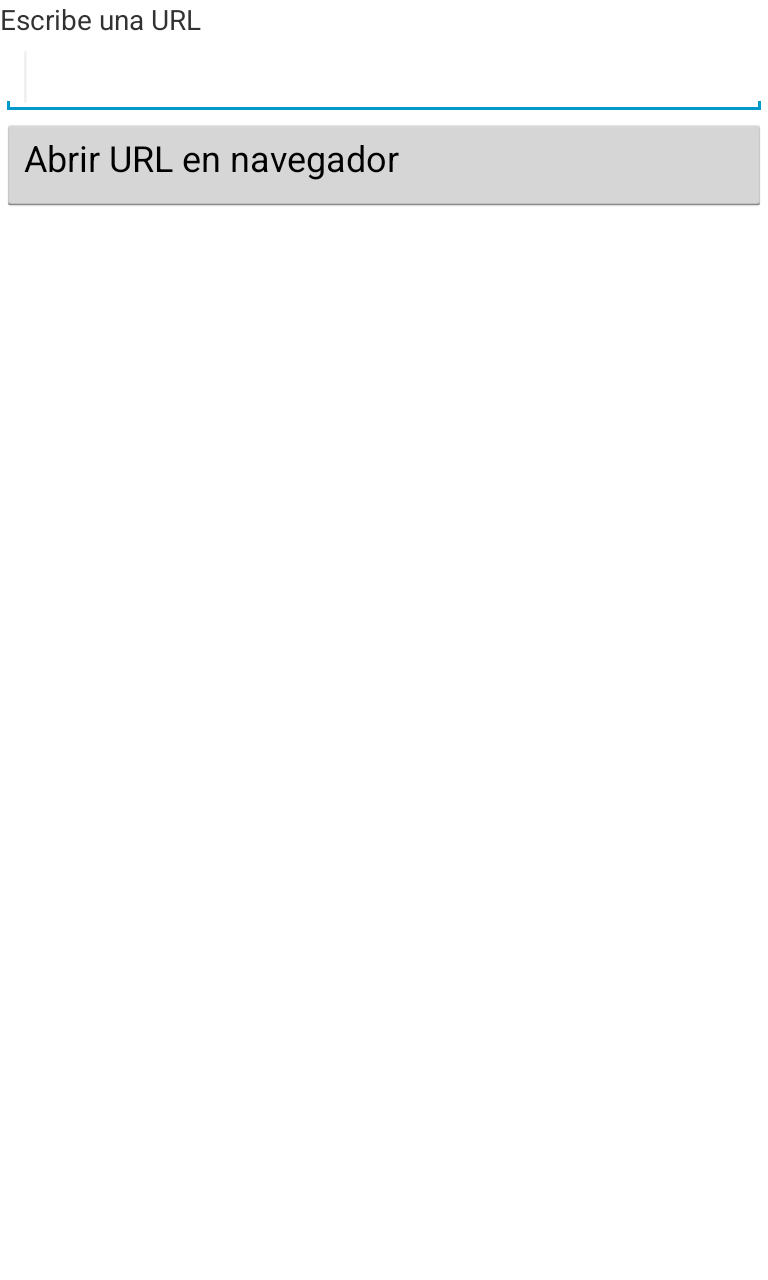
Repository: miguelcamposdev/cursoandroid
Layout: 01 Activities/MyCustomBrowser/res/layout/activity_prueba_url.xml
An editor plug-in stored every save of this project. The layout is shown before and after the next save, followed by the edit.
It is drawn on a 768 x 1280 px phone screen (xhdpi) without system bars, with theme AppTheme; the app's code is not run.

Above is the layout before, as saved 2014-11-12 16:06:16.

After the next save:
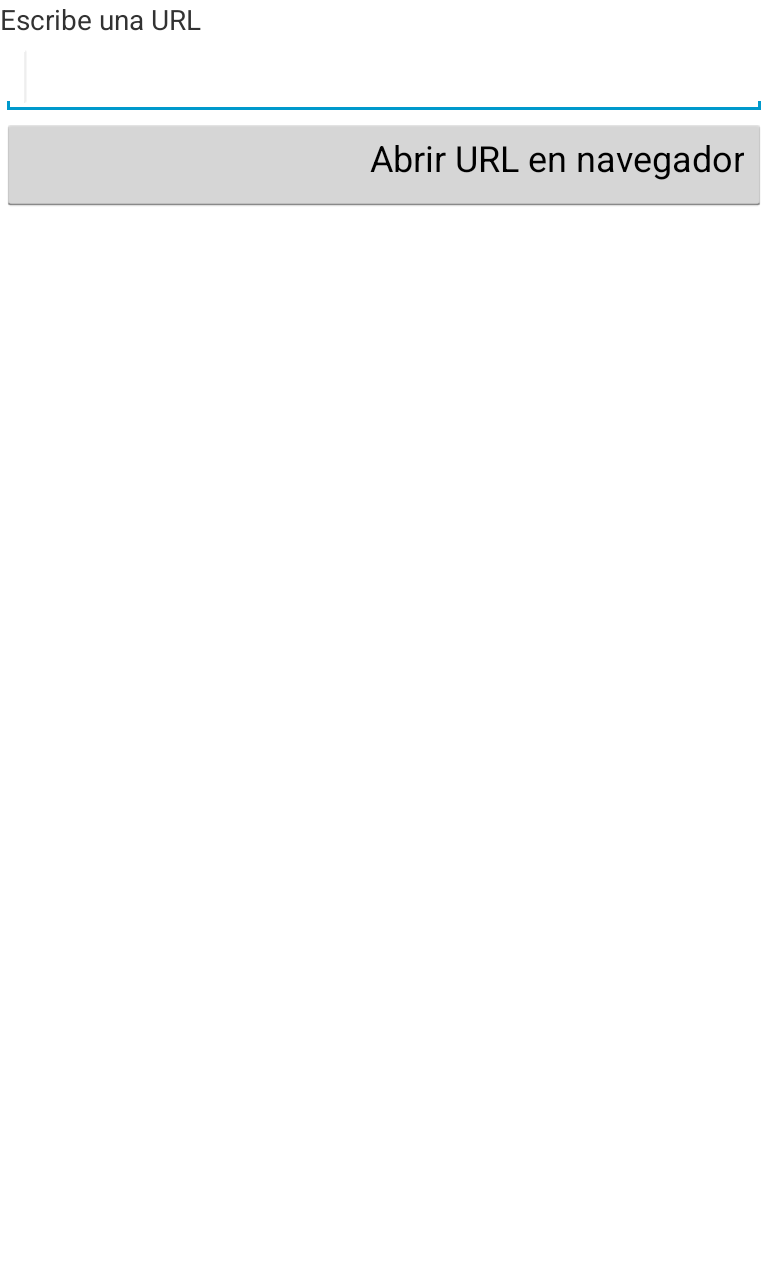
Saved 16 s later.
--- a/01 Activities/MyCustomBrowser/res/layout/activity_prueba_url.xml
+++ b/01 Activities/MyCustomBrowser/res/layout/activity_prueba_url.xml
@@ -26,7 +26,7 @@
         android:id="@+id/buttonOpenUrl"
         android:layout_width="match_parent"
         android:layout_height="wrap_content"
-        android:gravity="left"
+        android:gravity="right"
         android:layout_alignParentLeft="true"
         android:layout_below="@+id/editTextUrl"
         android:text="@string/btn_open_url" />
